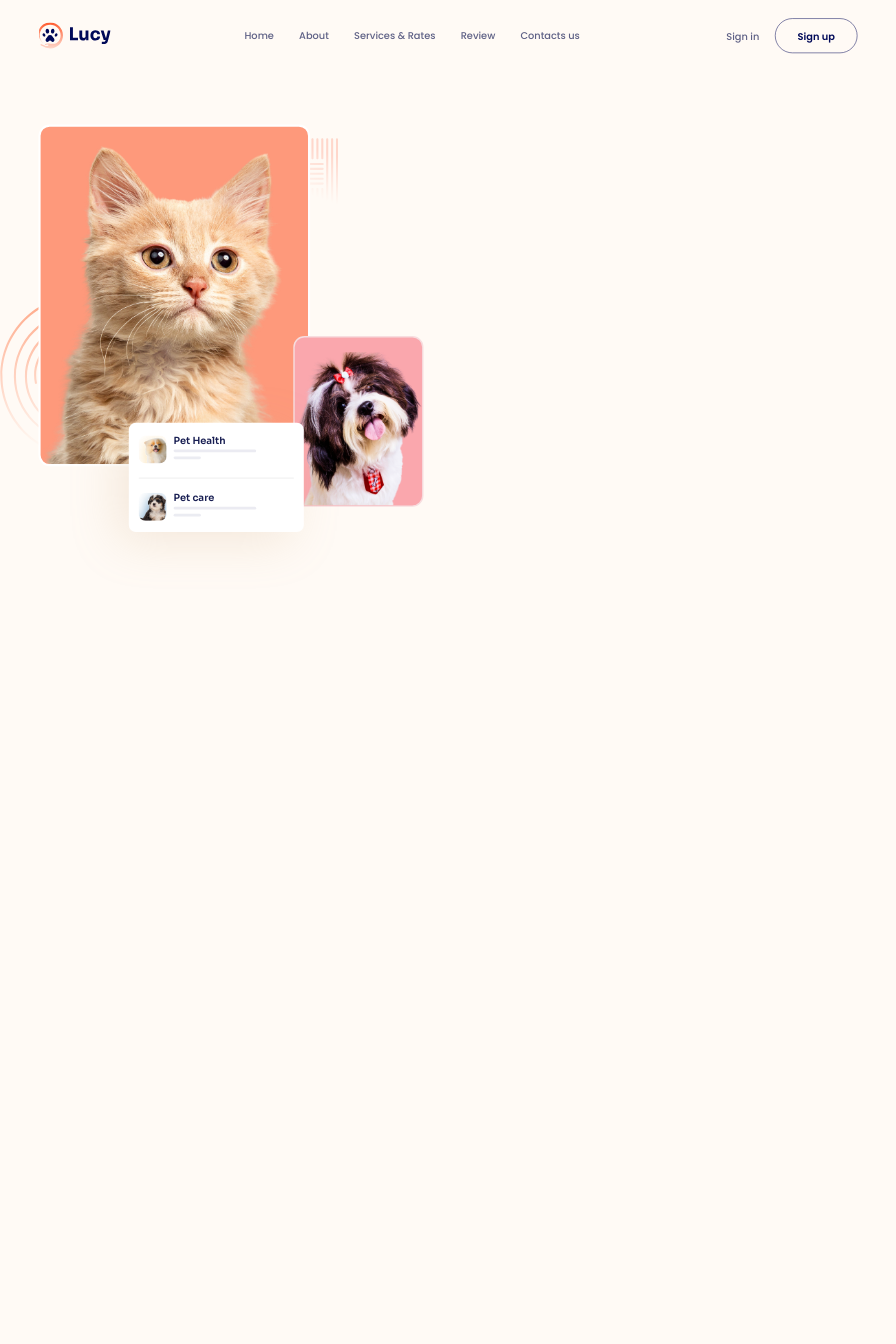
Repository: anhtien111198/f8-htmlcss-04
Page: index.html
These files come from the project's save history. The page is drawn as it stood at one moment and after the next save; the edit follows.
The browser window is 1280 px wide. The pictures show the part of the page from y = 0 to 1920 px (the page is 5000 px tall), at 70% of full size.

Above is the page before, as saved 2023-05-17 11:51:32.

After the next save:
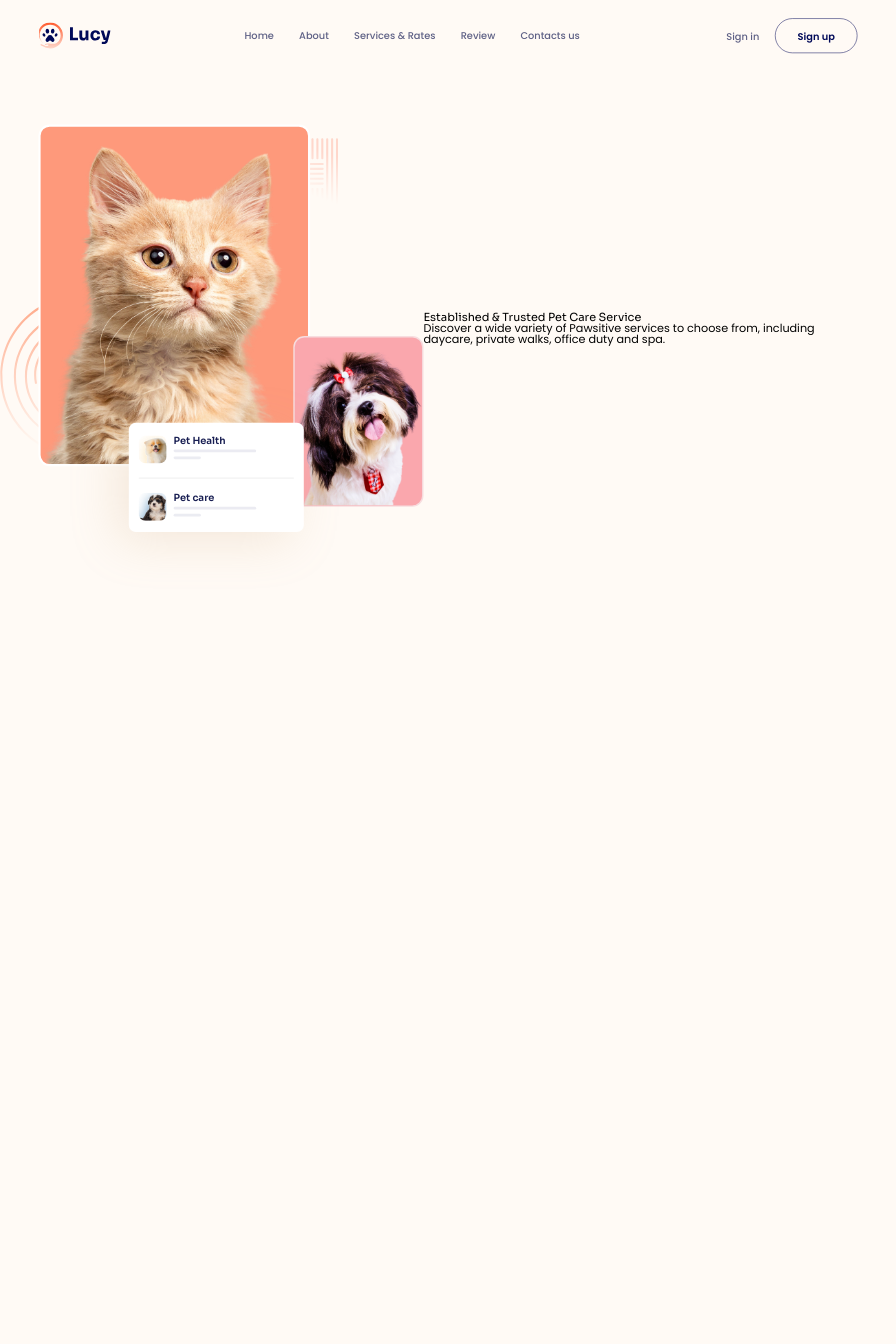
Saved 4 min 10 s later.
--- a/index.html
+++ b/index.html
@@ -197,7 +197,16 @@
                         </div>
                     </div>
                     <!-- hero content -->
-                    <section class="hero__content"></section>
+                    <section class="hero__content">
+                        <h1 class="hero__heading">
+                            Established & Trusted Pet Care Service
+                        </h1>
+                        <p class="hero__desc">
+                            Discover a wide variety of Pawsitive services to
+                            choose from, including daycare, private walks,
+                            office duty and spa.
+                        </p>
+                    </section>
                 </div>
             </div>
         </section>
